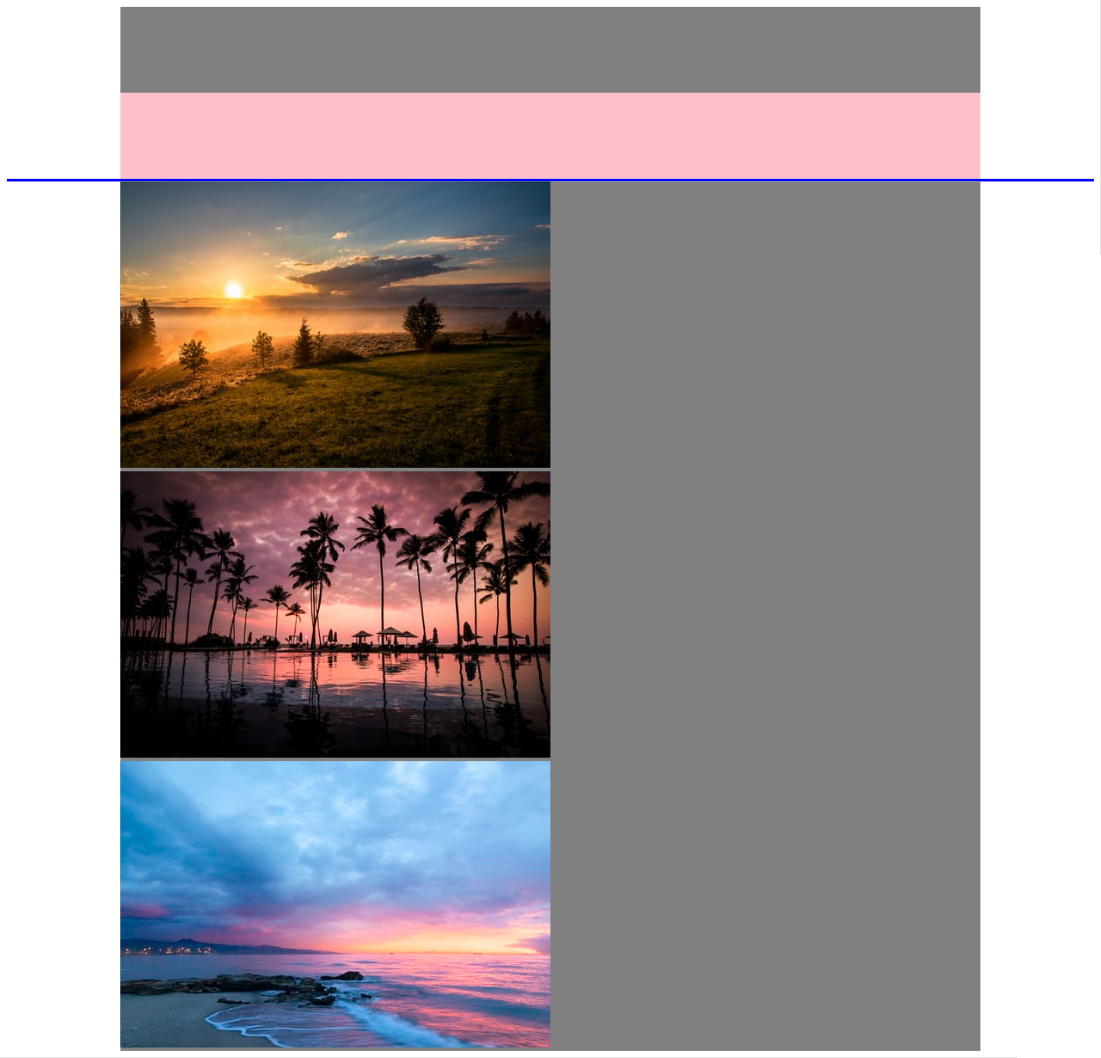
Repository: ArchivvonJang/learn_program_language
Page: webApp/WebContent/Javascript/js21_scrollBanner/img/js21_scrollBanner.html
An editor plug-in stored every save of this project. The page is shown before and after the next save, followed by the edit.
The browser window is 1280 px wide. The pictures show the whole page, at 86% of full size.

Above is the page before, as saved 2021-03-04 00:59:54.

After the next save:
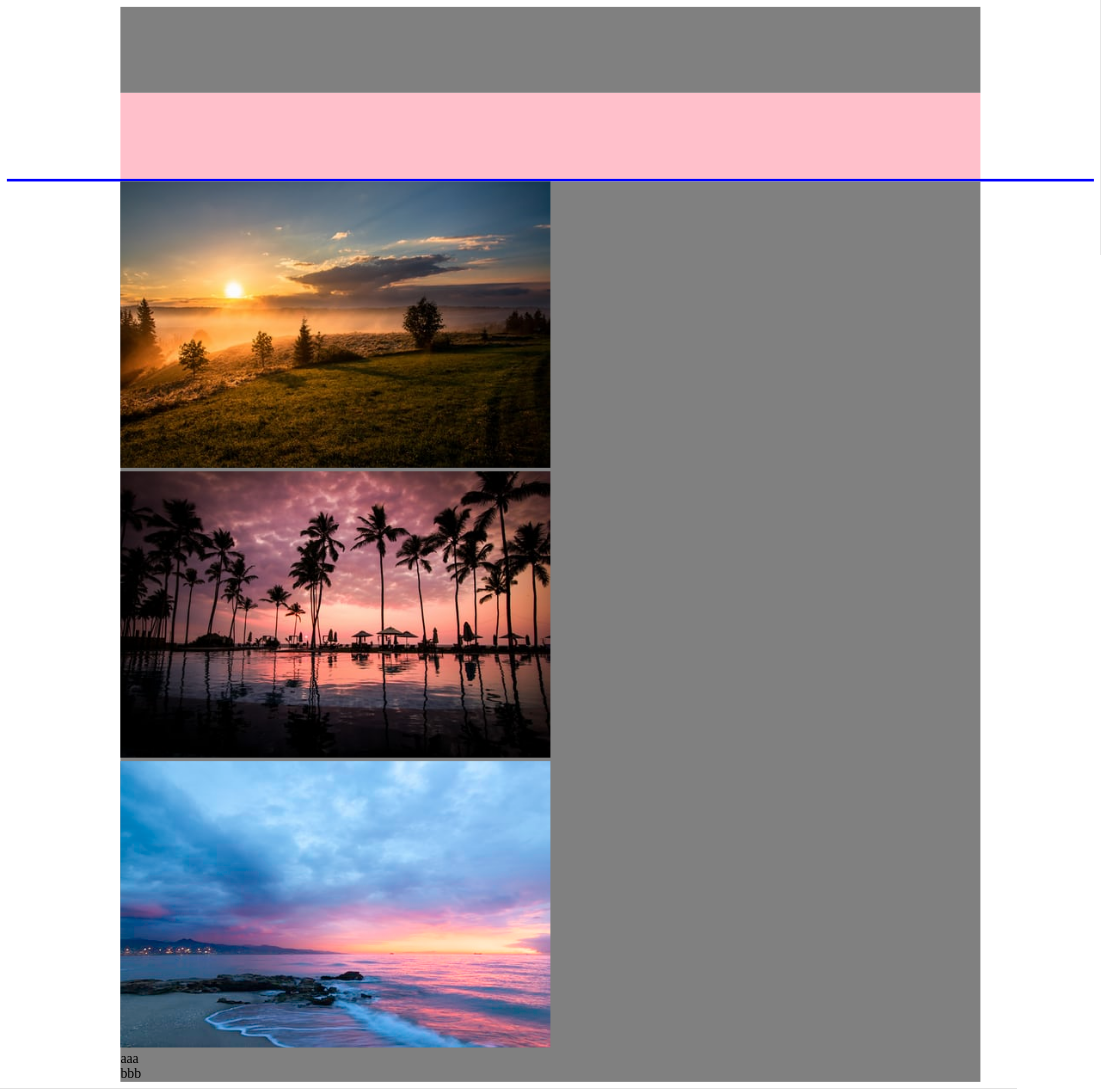
Saved 12 s later.
--- a/webApp/WebContent/Javascript/js21_scrollBanner/img/js21_scrollBanner.html
+++ b/webApp/WebContent/Javascript/js21_scrollBanner/img/js21_scrollBanner.html
@@ -38,8 +38,8 @@
 	<img src="../img/sunset3.jpg"/>
 
 	<!-- 배너 -->
-	<div id="leftBanner"> </div>
-	<div id="rightBanner"> </div>
+	<div id="leftBanner">aaa</div>
+	<div id="rightBanner">bbb </div>
 
 	</div>
 </body>
